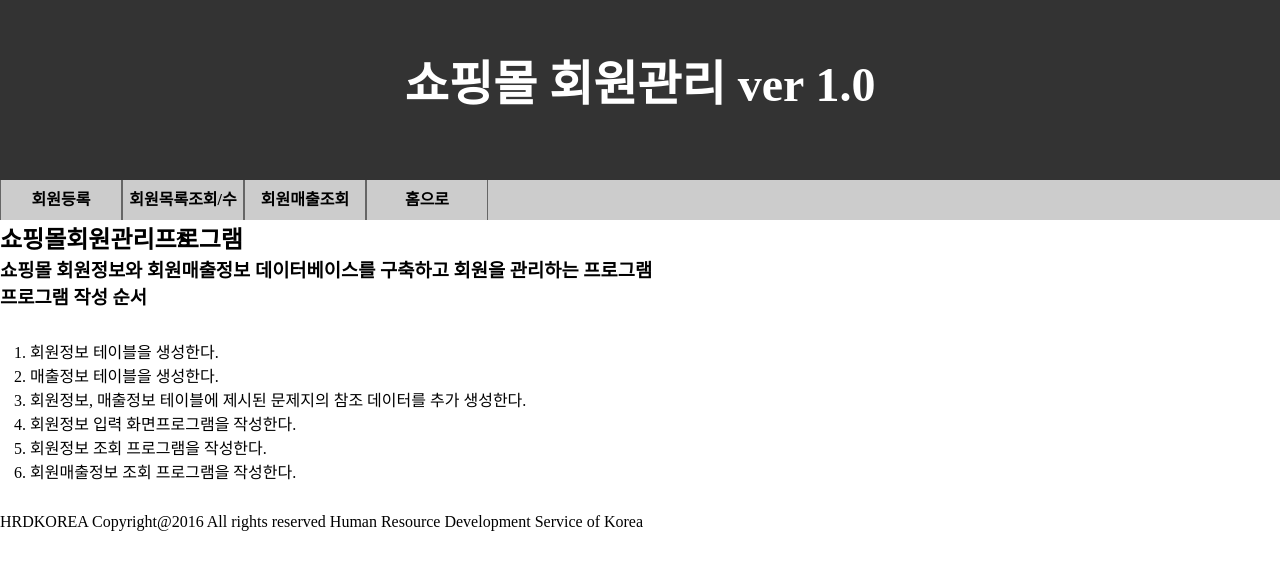
Repository: jsky1234/NCS
Page: http://localhost/HRD_1/admin.jsp
The author's editor kept a copy of each file at every save. The page is drawn from the files as they stood at one save, then again after the next save.
The browser window is 1280 px wide. The pictures show the whole page.
The page is served by Tomcat 9. Other server files are loaded and not shown.

Above is the page before, as saved 2020-11-09 02:26:20.

### ncs1/HRD_1/WebContent/admin.jsp
<%@ page language="java" contentType="text/html; charset=UTF-8"
    pageEncoding="UTF-8"%>
<!DOCTYPE html>
<html>
<head>
<meta charset="UTF-8">
<title>관리자 모드로 로그인 중</title>
<style>
* { margin: 0; padding: 0; }
body, html { width: 100%; height: 100%; }
ul { list-style : none; }
a { text-decoration: none; }

button, label, input { outline: 0; border: 0; user-select: none; }
img { border: 0; }
ol { padding: 30px; }
.hd { clear: both; min-height: 180px; background-color: #333; }
.tit { font-size: 48px; text-align: center; line-height: 140px; color: #fff; padding-top: 15px;}
.gnb { clear: both; height: 40px; background-color: #cccccc; }
.gnb li { float: left; min-width: 120px; width: auto; }
.gnb a { display: block; text-align: center; line-height: 40px; width: 120px; height: 40px; color: #000000; font-weight: 700; border-left: 1px solid #666666; border-right: 1px solid #666666; }
</style>
</head>
<body>
<header class="hd">
	<h2 class="tit">쇼핑몰 회원관리 ver 1.0</h2>
</header>
<nav class="gnb">
	<ul>
		<li><a href="">회원등록</a></li>
		<li><a href="">회원목록조회/수정</a></li>
		<li><a href="">회원매출조회</a></li>
		<li><a href="">홈으로</a></li>
	</ul>
</nav>
<main class="content">
	<section class="page" id="page1">
		<h2>쇼핑몰회원관리프로그램</h2>
		<div class="main_help">
			<h3 class="item_tit">쇼핑몰 회원정보와 회원매출정보 데이터베이스를 구축하고 회원을 관리하는 프로그램</h3>
			<h3 class="item_tit">프로그램 작성 순서</h3>
			<ol>
				<li>회원정보 테이블을 생성한다.</li>
				<li>매출정보 테이블을 생성한다.</li>
				<li>회원정보, 매출정보 테이블에 제시된 문제지의 참조 데이터를 추가 생성한다.</li>
				<li>회원정보 입력 화면프로그램을 작성한다.</li>
				<li>회원정보 조회 프로그램을 작성한다.</li>
				<li>회원매출정보 조회 프로그램을 작성한다.</li>
			</ol>
		</div>
	</section>
</main>
<footer class="ft">
	<div class="ft_wrap">
		<div class="admin_copy">
			<p class="copyright">HRDKOREA Copyright@2016 All rights reserved Human Resource Development Service of Korea</p>
		</div>
	</div>
</footer>
</body>
</html>

After the next save:
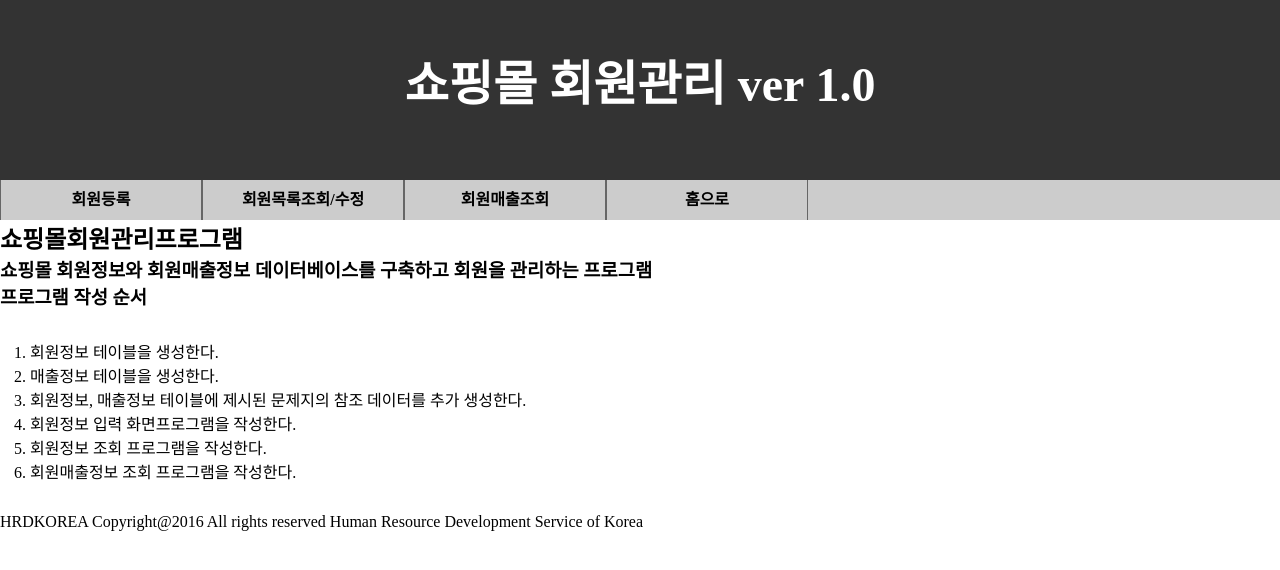
Saved 7 s later.
--- a/ncs1/HRD_1/WebContent/admin.jsp
+++ b/ncs1/HRD_1/WebContent/admin.jsp
@@ -18,7 +18,7 @@ ol { padding: 30px; }
 .tit { font-size: 48px; text-align: center; line-height: 140px; color: #fff; padding-top: 15px;}
 .gnb { clear: both; height: 40px; background-color: #cccccc; }
 .gnb li { float: left; min-width: 120px; width: auto; }
-.gnb a { display: block; text-align: center; line-height: 40px; width: 120px; height: 40px; color: #000000; font-weight: 700; border-left: 1px solid #666666; border-right: 1px solid #666666; }
+.gnb a { display: block; text-align: center; line-height: 40px; width: 200px; height: 40px; color: #000000; font-weight: 700; border-left: 1px solid #666666; border-right: 1px solid #666666; }
 </style>
 </head>
 <body>
